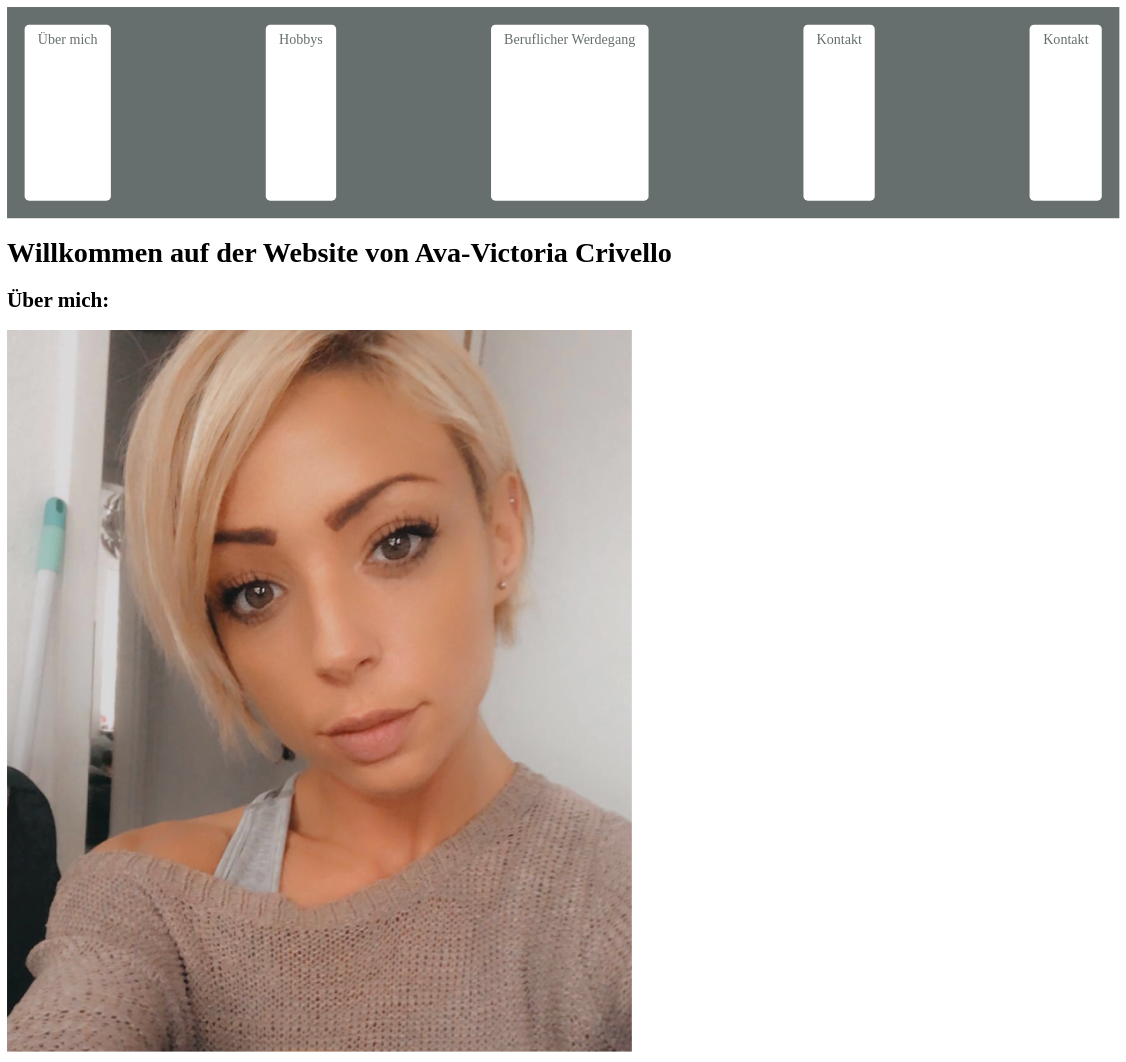
Repository: Ava-VictoriaCrivello/website
Page: index.html
These files come from the project's save history. The page is drawn as it stood at one moment and after the next save; the edit follows.
The browser window is 1280 px wide. The pictures show the whole page, at 88% of full size.
Some web fonts or font styles are not loaded; a fallback is used.

Above is the page before, as saved 2022-05-29 14:28:21.

### index.html
<!DOCTYPE html>
<html lang="en">
  <head>
    <meta charset="UTF-8" />
    <meta http-equiv="X-UA-Compatible" content="IE=edge" />
    <meta name="viewport" content="width=device-width, initial-scale=1.0" />
    <title>website</title>
    <link rel="stylesheet" href="style.css" />
    <link rel="preconnect" href="https://fonts.googleapis.com" />
    <link rel="preconnect" href="https://fonts.gstatic.com" crossorigin />
    <link
      href="https://fonts.googleapis.com/css2?family=Tiro+Telugu:ital@1&display=swap"
      rel="stylesheet"
    />
  </head>
  <body>
    <nav>
      <a class="button" href="name.#aboutme">Über mich</a>
      <a class="button" href="name.#hobbys">Hobbys</a>
      <a class="button" href="name.#work">Beruflicher Werdegang</a>
      <a class="button" href="name.#contact">Kontakt</a>
      <a class="button" href="name.#contact">Kontakt</a>
    </nav>

    <h1>Willkommen auf der Website von Ava-Victoria Crivello</h1>
    <h2>Über mich:</h2>
  </body>
  <article>
    <img id="ich" src="ich.png" alt="Frau mit blonden Haaren" />
  </article>
</html>

### style.css
nav {
  background-color: rgb(103, 110, 110);
  font-family: "Tiro Telugu", serif;
  padding: 20px;
  display: flex;
  justify-content: space-between;
  flex-wrap: wrap;
  gap: 20px;
  height: 200px;
  flex-direction: row;
}

.button {
  background-color: white;
  color: rgb(103, 110, 110);
  padding: 8px 15px;
  border-radius: 5px;
  text-decoration: none;
}

After the next save:
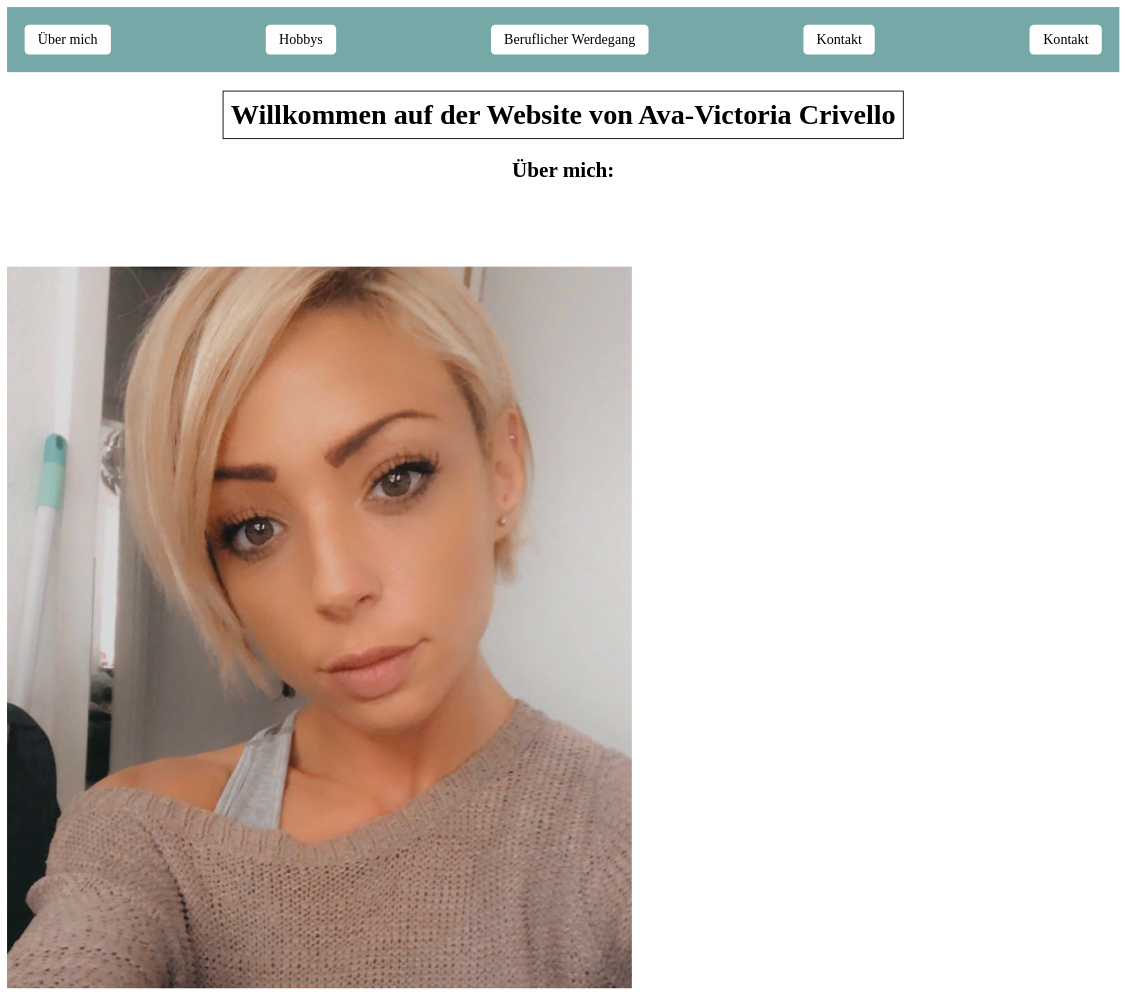
Saved 9 min 39 s later.
--- a/style.css
+++ b/style.css
@@ -1,19 +1,37 @@
 nav {
-  background-color: rgb(103, 110, 110);
+  background-color: rgb(119, 168, 168);
   font-family: "Tiro Telugu", serif;
   padding: 20px;
   display: flex;
   justify-content: space-between;
   flex-wrap: wrap;
   gap: 20px;
-  height: 200px;
   flex-direction: row;
 }
 
 .button {
   background-color: white;
-  color: rgb(103, 110, 110);
+  color: black;
   padding: 8px 15px;
   border-radius: 5px;
   text-decoration: none;
 }
+
+h1 {
+  font-family: "Tiro Telugu", serif;
+  color: black;
+  border: thin solid;
+  padding: 0.25em;
+  margin-left: auto;
+  margin-right: auto;
+  max-width: max-content;
+  text-align: center;
+}
+h2 {
+  font-family: "Tiro Telugu", serif;
+  font-weight: bolder;
+  margin-bottom: 4em;
+  text-align: center;
+}
+#ich {
+}
